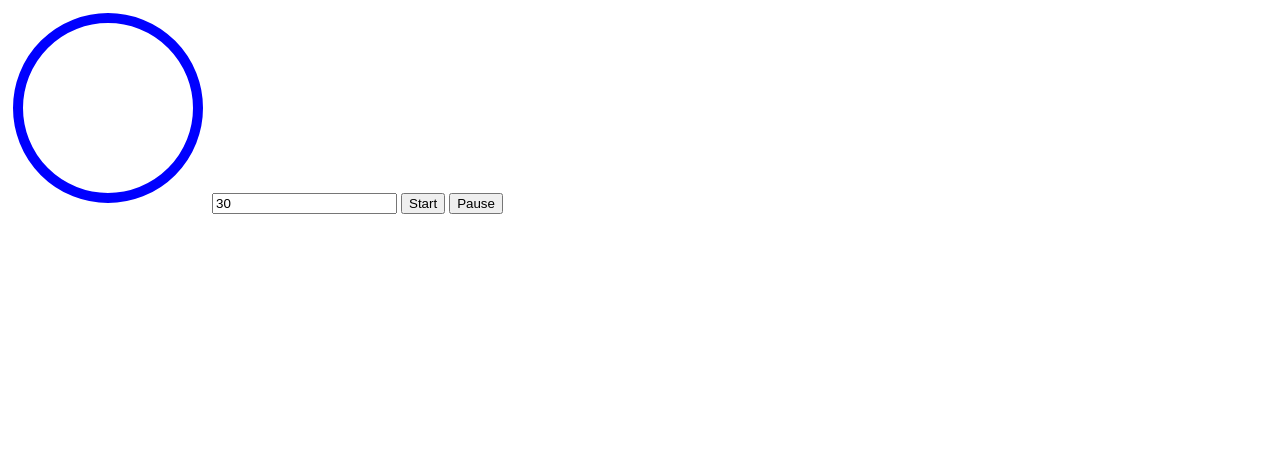
Repository: zhapar/JS-Bootcamp
Page: 1. Timer/index.html
An editor plug-in stored every save of this project. The page is shown before and after the next save, followed by the edit.
The browser window is 1280 px wide. The pictures show the whole page.

Above is the page before, as saved 2020-07-09 17:03:12.

After the next save:
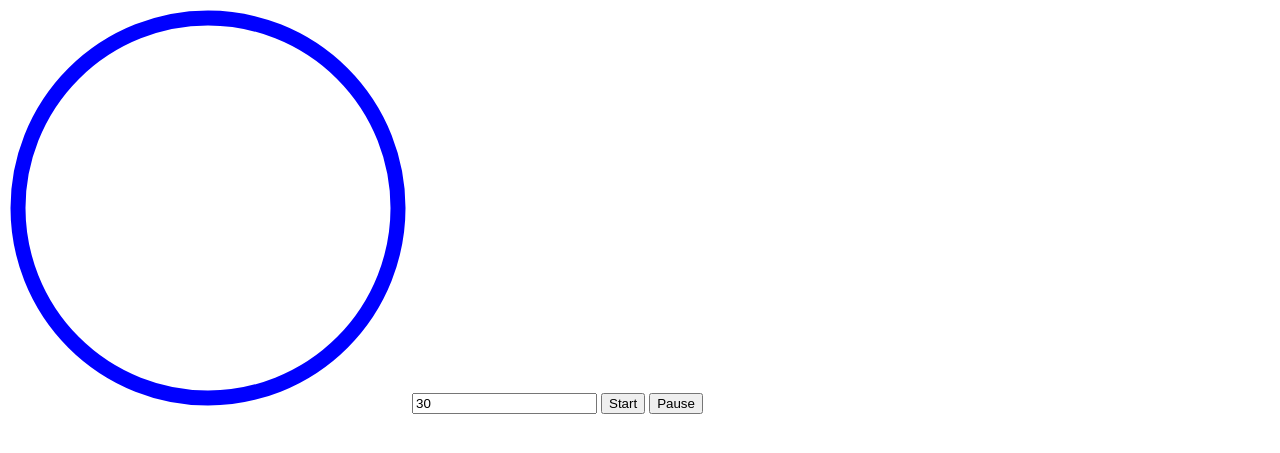
Saved 42 s later.
--- a/1. Timer/index.html
+++ b/1. Timer/index.html
@@ -7,15 +7,15 @@
   </head>
 
   <body>
-    <svg height="200" width="200">
+    <svg height="400" width="400">
       <circle
-        r="90"
-        cx="100"
-        cy="100"
+        r="190"
+        cx="200"
+        cy="200"
         fill="transparent"
         stroke="blue"
-        stroke-width="10"
-        transform="rotate(-90 100 100)"
+        stroke-width="15"
+        transform="rotate(-90 200 200)"
       />
     </svg>
     <input type="text" id="duration" value="30" />
